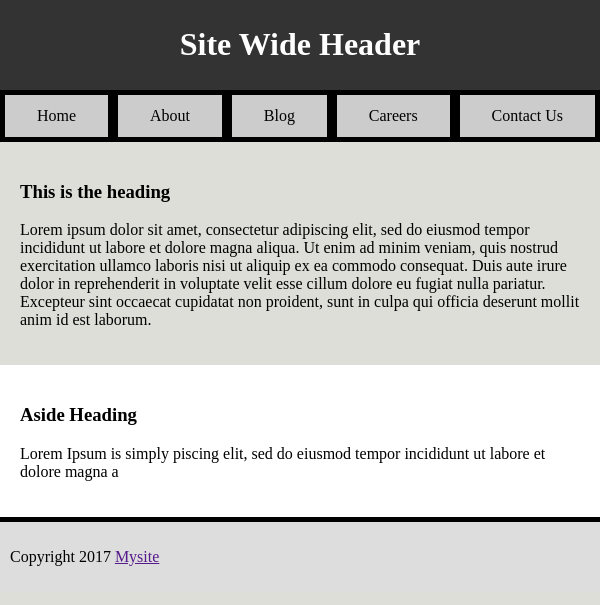
Repository: ayeza-baseer/AssignmentFlexbox
Page: assignment.html
The author's editor kept a copy of each file at every save. The page is drawn from the files as they stood at one save, then again after the next save.
The browser window is 600 px wide. The pictures show the whole page.

Above is the page before, as saved 2023-03-17 16:45:32.

### assignment.html
<!DOCTYPE html>
<html lang="en">
<head>
    <title>Assignment</title>
    <link rel="stylesheet" href="assignment.css">


</head>
<body>
<div class="main-class">
    <header class="header"><h1>
        Site Wide Header
    </h1></header>
    <div class="navbar">
        <a href="#">Home</a>
        <a href="#">About</a>
        <a href="#">Blog</a>
        <a href="#">Careers</a>
        <a href="#">Contact Us</a>
      </div>
    <div class="row">
      <div class="main">
        <h3>This is the heading</h3>
        <p>Lorem ipsum dolor sit amet, consectetur adipiscing elit, sed do eiusmod tempor incididunt ut labore et dolore magna aliqua. Ut enim ad minim veniam, quis nostrud exercitation ullamco laboris nisi ut aliquip ex ea commodo consequat. Duis aute irure dolor in reprehenderit in voluptate velit esse cillum dolore eu fugiat nulla pariatur. Excepteur sint occaecat cupidatat non proident, sunt in culpa qui officia deserunt mollit anim id est laborum.</p>
      </div>
      <div class="aside">
        <h3>Aside Heading</h3>
        <p>Lorem Ipsum is simply  piscing elit, sed do eiusmod tempor incididunt ut labore et dolore magna a</p>
      </div>
    </div>


</div>



<footer class="footer">
    <p>Copyright 2017 <a href> Mysite</a></p>
</footer>

</body>
</html>

### assignment.css
.header {
    padding: 5px;
    background-color: #333;
    color: #ccc;
    order:1;
    text-align: center;

    color: white;
  }

  body {
    margin: 0;
    background-color: #deded8;

  }
  .main-class{
    display: flex;
    flex-direction:column;
  }
  .navbar {
    display: flex;
    background-color: black;
    order:2;
  }

  .navbar a {
    color: black;

    background-color: #ccc;
    padding: 12px 12px;
    text-decoration: none;
    text-align: center;
    flex-grow: 1;
    border: 5px solid black;
  }

  .navbar a:hover {
    color: red;
    border: 5px solid red;
  }

  .row {
    display: flex;
    flex-wrap:wrap;
    order:3
  }

  .row > .aside {
      flex:30%;
    background-color: white;

    padding: 20px;
  }

  /* Main column */
  .row >.main {
     flex:60%;
    padding: 20px;
  }

  .footer {

      padding: 10px;
      border-top: 5px solid black;
      background: #ddd;
    }




    @media  screen and (max-width: 700px) {
      .row > .aside {
          flex:1 1 100%
        }
        .row >.main {
          flex:1 1 100%;
          padding: 20px;
        }
        .navbar{
            order:10
        }
        /* .navbar{
          display: none;
        } */
    }

    @media screen and (min-width: 421px) {
      .navbar{
          order:1
        }
    }

After the next save:
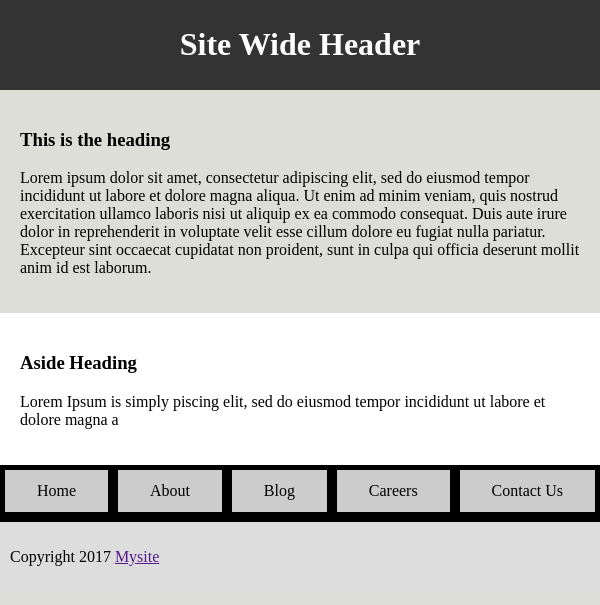
Saved 57 s later.
--- a/assignment.css
+++ b/assignment.css
@@ -76,9 +76,6 @@
           flex:1 1 100%;
           padding: 20px;
         }
-        .navbar{
-            order:10
-        }
         /* .navbar{
           display: none;
         } */
@@ -86,6 +83,6 @@
 
     @media screen and (min-width: 421px) {
       .navbar{
-          order:1
+          order:10
         }
     }
